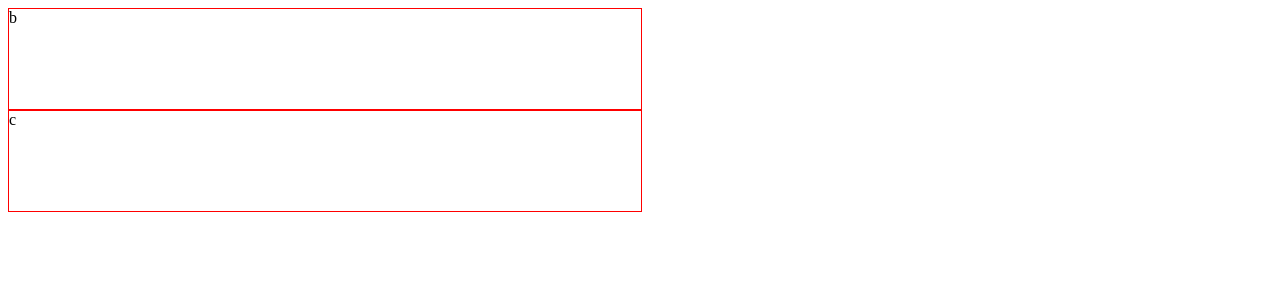
Repository: Nzhe/hehe
Page: real/colorbox/src/main/webapp/NewFile.html
An editor plug-in stored every save of this project. The page is shown before and after the next save, followed by the edit.
The browser window is 1280 px wide. The pictures show the whole page.

Above is the page before, as saved 2021-09-09 03:00:17.

### real/colorbox/src/main/webapp/NewFile.html
<!DOCTYPE html>
	<html>
		<head>
			<meta charset="UTF-8">
			<meta http-equiv="X-UA-Compatible" content="IE=edge">
    		<meta name="viewport" content="width=device-width, initial-scale=1.0">
   	 		<meta name="keywords" content="여기에 중요한 검색어를 입력합니다." />
			<meta name="description" content="이 사이트를 설멍할 수 있는 간단한 문구를 작성합니다." />
			<title>이 사이트에 가장 중요한 단어를 여기에 입력</title>
			<script src="https://ajax.googleapis.com/ajax/libs/jquery/3.5.1/jquery.min.js"></script>

			<style>
				div{
					width : 50%;
					height : 100px;
					border : 1px solid red;

					}
					#one{
					background : red;
					}
					#one{
					background : hellow;
					}
					#one{
					background : blue;
					}

			</style>

		</head>


	<body>
		<div id="one" hidden="hidden" >a</div>
		<div id="two">b</div>
		<div id="three">c</div>
	</body>
</html>

After the next save:
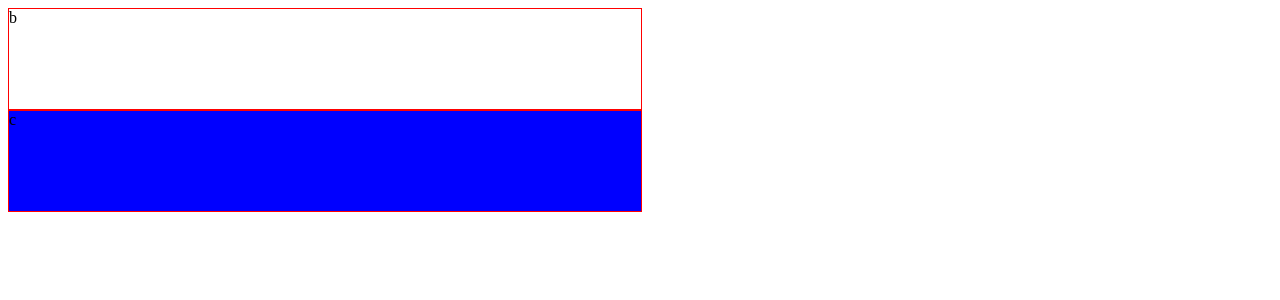
Saved 24 s later.
--- a/real/colorbox/src/main/webapp/NewFile.html
+++ b/real/colorbox/src/main/webapp/NewFile.html
@@ -19,10 +19,10 @@
 					#one{
 					background : red;
 					}
-					#one{
+					#two{
 					background : hellow;
 					}
-					#one{
+					#three{
 					background : blue;
 					}
 
